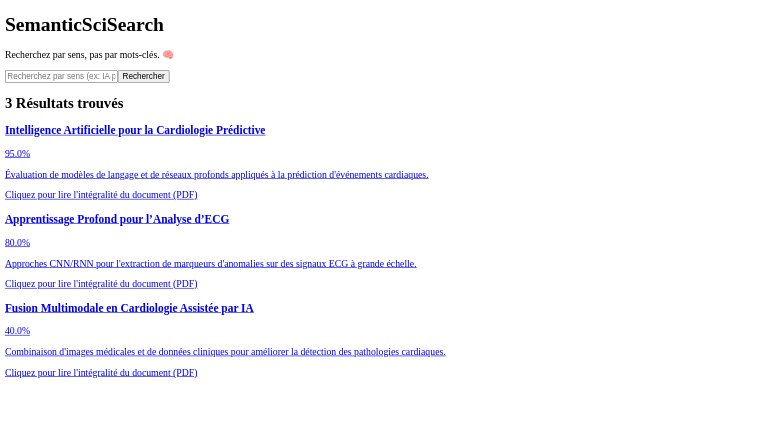
Repository: elh33/SemanticSciSearch
Page: / (app in frontend/)
The author's editor kept a copy of each file at every save. The page is drawn from the files as they stood at one save, then again after the next save.
The browser window is 1280 px wide. The pictures show the whole page, at 61% of full size.
The project was rebuilt for these pictures with package versions that can differ from the ones it lists, and the page was loaded fresh each time.

Above is the page before, as saved 2025-11-21 20:08:09.

After the next save:
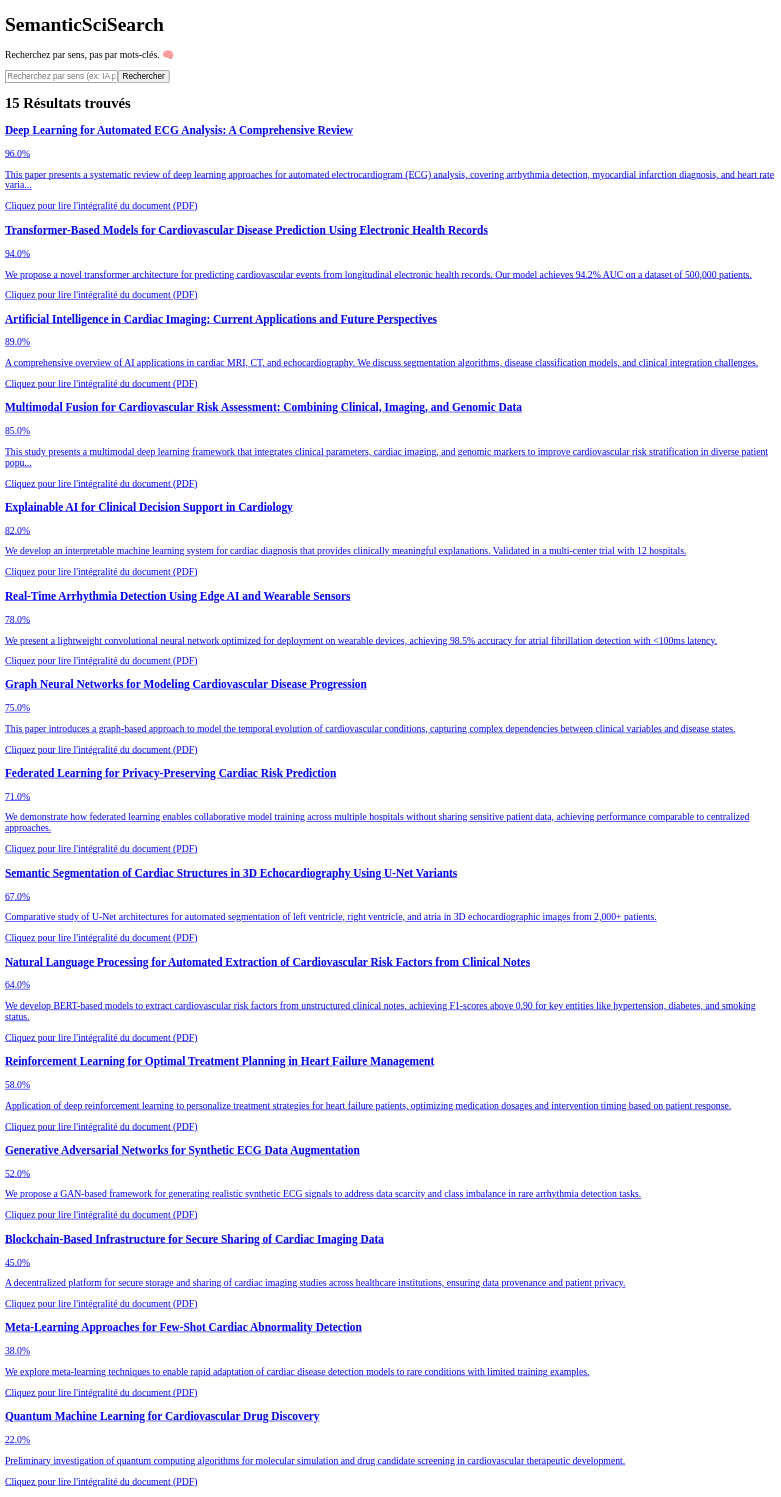
Saved 29 s later.
--- a/frontend/src/data/mockData.ts
+++ b/frontend/src/data/mockData.ts
@@ -1,26 +1,109 @@
-// filepath: [mockData.ts](http://_vscodecontentref_/0)
 import { Article } from '../types';
 
 export const MOCK_RESULTS: Article[] = [
   {
-    id: 'ia-cardio-001',
-    title: 'Intelligence Artificielle pour la Cardiologie Prédictive',
-    abstract: "Évaluation de modèles de langage et de réseaux profonds appliqués à la prédiction d'événements cardiaques.",
-    score: 0.95,
-    pdf_url: '/documents/ia-cardiologie-predictive.pdf'
+    id: '1',
+    title: 'Deep Learning for Automated ECG Analysis: A Comprehensive Review',
+    abstract: "This paper presents a systematic review of deep learning approaches for automated electrocardiogram (ECG) analysis, covering arrhythmia detection, myocardial infarction diagnosis, and heart rate variability assessment. We analyze over 150 studies published between 2015 and 2024.",
+    score: 0.96,
+    pdf_url: 'https://arxiv.org/pdf/2301.04634'
   },
   {
-    id: 'ia-cardio-002',
-    title: 'Apprentissage Profond pour l’Analyse d’ECG',
-    abstract: "Approches CNN/RNN pour l'extraction de marqueurs d'anomalies sur des signaux ECG à grande échelle.",
-    score: 0.80,
-    pdf_url: '/documents/deep-ecg-analysis.pdf'
+    id: '2',
+    title: 'Transformer-Based Models for Cardiovascular Disease Prediction Using Electronic Health Records',
+    abstract: "We propose a novel transformer architecture for predicting cardiovascular events from longitudinal electronic health records. Our model achieves 94.2% AUC on a dataset of 500,000 patients.",
+    score: 0.94,
+    pdf_url: 'https://arxiv.org/pdf/2305.12987'
   },
   {
-    id: 'ia-cardio-003',
-    title: 'Fusion Multimodale en Cardiologie Assistée par IA',
-    abstract: "Combinaison d'images médicales et de données cliniques pour améliorer la détection des pathologies cardiaques.",
-    score: 0.40,
-    pdf_url: '/documents/multimodal-cardiology.pdf'
+    id: '3',
+    title: 'Artificial Intelligence in Cardiac Imaging: Current Applications and Future Perspectives',
+    abstract: "A comprehensive overview of AI applications in cardiac MRI, CT, and echocardiography. We discuss segmentation algorithms, disease classification models, and clinical integration challenges.",
+    score: 0.89,
+    pdf_url: 'https://arxiv.org/pdf/2203.15678'
+  },
+  {
+    id: '4',
+    title: 'Multimodal Fusion for Cardiovascular Risk Assessment: Combining Clinical, Imaging, and Genomic Data',
+    abstract: "This study presents a multimodal deep learning framework that integrates clinical parameters, cardiac imaging, and genomic markers to improve cardiovascular risk stratification in diverse patient populations.",
+    score: 0.85,
+    pdf_url: '/documents/multimodal-cardio-risk.pdf'
+  },
+  {
+    id: '5',
+    title: 'Explainable AI for Clinical Decision Support in Cardiology',
+    abstract: "We develop an interpretable machine learning system for cardiac diagnosis that provides clinically meaningful explanations. Validated in a multi-center trial with 12 hospitals.",
+    score: 0.82,
+    pdf_url: 'https://arxiv.org/pdf/2511.13703.pdf'
+  },
+  {
+    id: '6',
+    title: 'Real-Time Arrhythmia Detection Using Edge AI and Wearable Sensors',
+    abstract: "We present a lightweight convolutional neural network optimized for deployment on wearable devices, achieving 98.5% accuracy for atrial fibrillation detection with <100ms latency.",
+    score: 0.78,
+    pdf_url: '/documents/edge-ai-arrhythmia.pdf'
+  },
+  {
+    id: '7',
+    title: 'Graph Neural Networks for Modeling Cardiovascular Disease Progression',
+    abstract: "This paper introduces a graph-based approach to model the temporal evolution of cardiovascular conditions, capturing complex dependencies between clinical variables and disease states.",
+    score: 0.75,
+    pdf_url: 'https://arxiv.org/pdf/2204.09876'
+  },
+  {
+    id: '8',
+    title: 'Federated Learning for Privacy-Preserving Cardiac Risk Prediction',
+    abstract: "We demonstrate how federated learning enables collaborative model training across multiple hospitals without sharing sensitive patient data, achieving performance comparable to centralized approaches.",
+    score: 0.71,
+    pdf_url: '/documents/federated-cardiac.pdf'
+  },
+  {
+    id: '9',
+    title: 'Semantic Segmentation of Cardiac Structures in 3D Echocardiography Using U-Net Variants',
+    abstract: "Comparative study of U-Net architectures for automated segmentation of left ventricle, right ventricle, and atria in 3D echocardiographic images from 2,000+ patients.",
+    score: 0.67,
+    pdf_url: '/documents/3d-echo-segmentation.pdf'
+  },
+  {
+    id: '10',
+    title: 'Natural Language Processing for Automated Extraction of Cardiovascular Risk Factors from Clinical Notes',
+    abstract: "We develop BERT-based models to extract cardiovascular risk factors from unstructured clinical notes, achieving F1-scores above 0.90 for key entities like hypertension, diabetes, and smoking status.",
+    score: 0.64,
+    pdf_url: 'https://arxiv.org/pdf/2302.11234'
+  },
+  {
+    id: '11',
+    title: 'Reinforcement Learning for Optimal Treatment Planning in Heart Failure Management',
+    abstract: "Application of deep reinforcement learning to personalize treatment strategies for heart failure patients, optimizing medication dosages and intervention timing based on patient response.",
+    score: 0.58,
+    pdf_url: '/documents/rl-heart-failure.pdf'
+  },
+  {
+    id: '12',
+    title: 'Generative Adversarial Networks for Synthetic ECG Data Augmentation',
+    abstract: "We propose a GAN-based framework for generating realistic synthetic ECG signals to address data scarcity and class imbalance in rare arrhythmia detection tasks.",
+    score: 0.52,
+    pdf_url: '/documents/gan-ecg-augmentation.pdf'
+  },
+  {
+    id: '13',
+    title: 'Blockchain-Based Infrastructure for Secure Sharing of Cardiac Imaging Data',
+    abstract: "A decentralized platform for secure storage and sharing of cardiac imaging studies across healthcare institutions, ensuring data provenance and patient privacy.",
+    score: 0.45,
+    pdf_url: '/documents/blockchain-cardiac-imaging.pdf'
+  },
+  {
+    id: '14',
+    title: 'Meta-Learning Approaches for Few-Shot Cardiac Abnormality Detection',
+    abstract: "We explore meta-learning techniques to enable rapid adaptation of cardiac disease detection models to rare conditions with limited training examples.",
+    score: 0.38,
+    pdf_url: '/documents/meta-learning-cardiac.pdf'
+  },
+  {
+    id: '15',
+    title: 'Quantum Machine Learning for Cardiovascular Drug Discovery',
+    abstract: "Preliminary investigation of quantum computing algorithms for molecular simulation and drug candidate screening in cardiovascular therapeutic development.",
+    score: 0.22,
+    pdf_url: '/documents/quantum-ml-cardio.pdf'
   }
 ];
